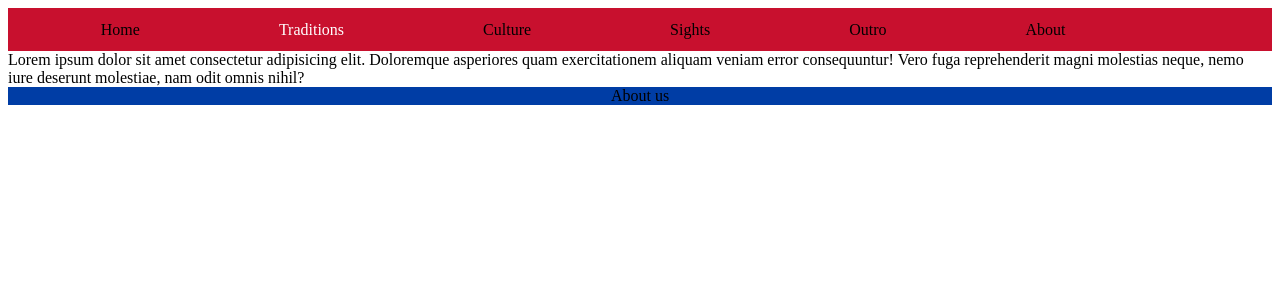
Repository: Cornman63/The-netherlands
Page: traditions.html
These files come from the project's save history. The page is drawn as it stood at one moment and after the next save; the edit follows.
The browser window is 1280 px wide. The pictures show the whole page.

Above is the page before, as saved 2023-05-17 12:31:34.

### traditions.html
<!DOCTYPE html>
<html lang="en">
<head>
    <meta charset="UTF-8">
    <meta http-equiv="X-UA-Compatible" content="IE=edge">
    <meta name="viewport" content="width=device-width, initial-scale=1.0">
    <link rel="stylesheet" href="style.css">
    <title>Visit the Netherlands</title>

</head>
<body>
    <div class="top">
        <div class="site"><a href="index.html" style="color:black" class="link">Home</a></div>
        <div class="site"><a href="traditions.html" style="color: white" class="link">Traditions</a></div>
        <div class="site"><a href="culture.html" style="color:black" class="link">Culture</a></div>
        <div class="site"><a href="sights.html" style="color:black" class="link">Sights</a></div>
        <div class="site"><a href="outro.html" style="color:black" class="link">Outro</a></div>
        <div class="site"><a href="about.html" style="color:black" class="link">About</a></div>
    </div>
    <div class="text">
        Lorem ipsum dolor sit amet consectetur adipisicing elit. Doloremque asperiores quam exercitationem aliquam veniam error consequuntur! Vero fuga reprehenderit magni molestias neque, nemo iure deserunt molestiae, nam odit omnis nihil?
    </div>
    <div class="bottom">
        About us
    </div>
</body>
</html>

### style.css
.top, .bottom {
    display: flex;
    flex-direction: row;
    justify-content: center;
    align-content:center;
    background-color:#C8102E;
}
.bottom{
    background-color: #003DA5;
}

.site {
    display: flex;
    border: 1%;
    margin: 1%;
    margin-right: 10%;
    align-content: center;
}
.link {
    text-decoration: none;
}

After the next save:
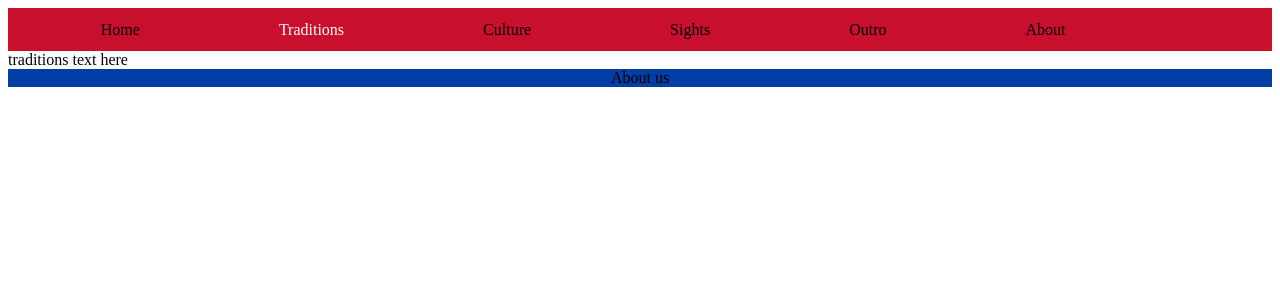
Saved 11 s later.
--- a/traditions.html
+++ b/traditions.html
@@ -18,7 +18,7 @@
         <div class="site"><a href="about.html" style="color:black" class="link">About</a></div>
     </div>
     <div class="text">
-        Lorem ipsum dolor sit amet consectetur adipisicing elit. Doloremque asperiores quam exercitationem aliquam veniam error consequuntur! Vero fuga reprehenderit magni molestias neque, nemo iure deserunt molestiae, nam odit omnis nihil?
+        traditions text here
     </div>
     <div class="bottom">
         About us
